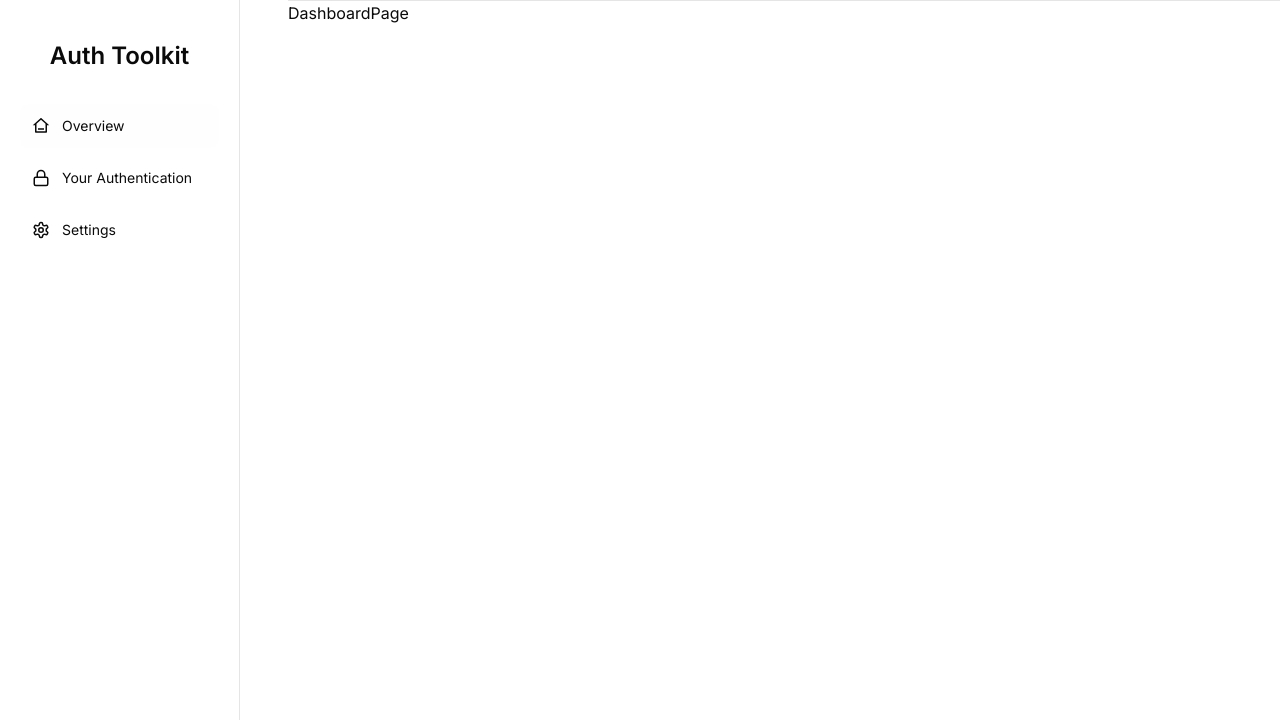
Repository: nickgoel31/authentication-toolkit
Page: /dashboard
These files come from the project's save history. The page is drawn as it stood at one moment and after the next save; the edit follows.
The browser window is 1280 px wide. The pictures show the whole page.
The page's requests for data from a server got no answer. The project was rebuilt for these pictures with package versions that can differ from the ones it lists, and the page was loaded fresh each time. The framework's server and built-in components were replaced by stand-ins that run in the browser. No one was signed in, and anything a server would have sent is missing. Also part of the build but not shown: next.config.mjs.

Above is the page before, as saved 2024-02-05 00:59:41.

After the next save:
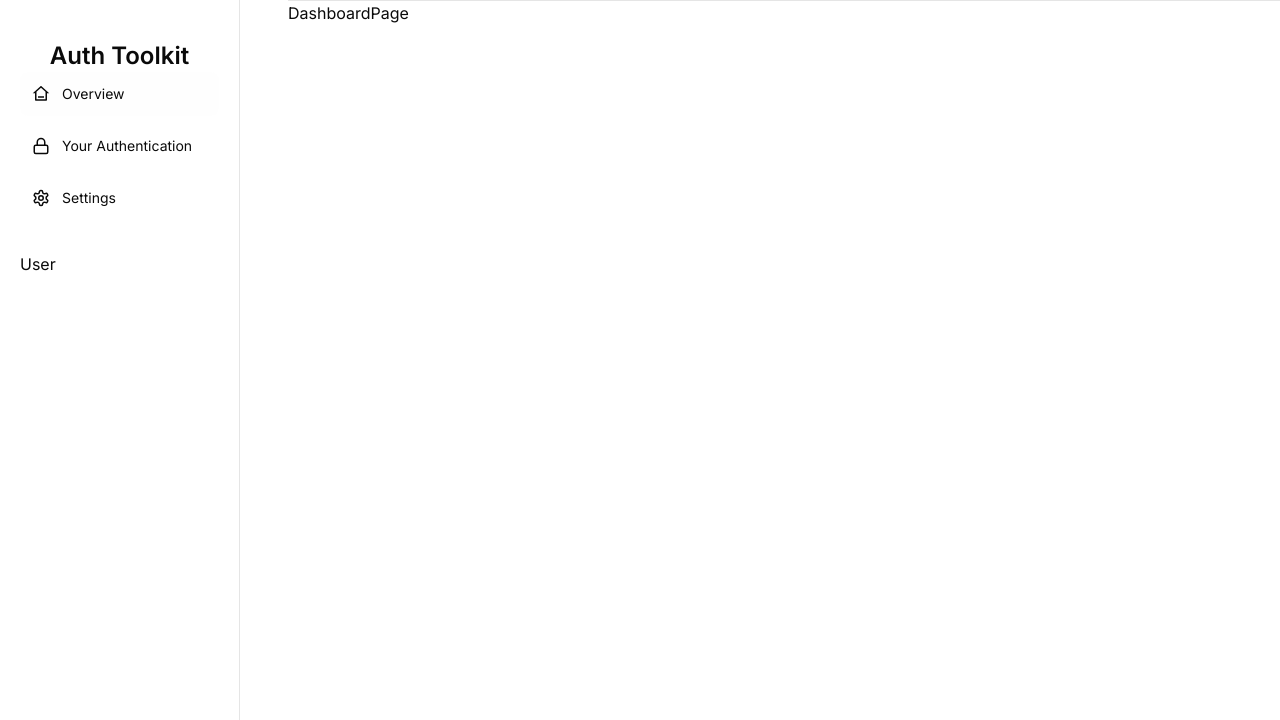
Saved 55 s later.
--- a/app/(protected)/_components/sidebar.tsx
+++ b/app/(protected)/_components/sidebar.tsx
@@ -32,15 +32,21 @@ const Sidebar = () => {
 
   return (
     <div className='border-r bg-[var(--background)]  w-60 h-full fixed top-0 left-0 py-10 flex flex-col space-y-8 justify-start px-5'>
-        <h1 className='font-semibold text-2xl text-center'>Auth Toolkit</h1>
+        <div>
+            <h1 className='font-semibold text-2xl text-center'>Auth Toolkit</h1>
 
-        <div className='flex flex-col gap-2'>
-            {sidebarLinks.map((link) => (
-                <Link key={link.path} href={link.path} className={cn('flex gap-3 text-sm items-center hover:bg-neutral-100/10 p-3 rounded-lg', path === link.path ? "bg-neutral-100/10" : "")}>
-                    {link.icon}
-                    {link.name}
-                </Link>
-            ))}
+            <div className='flex flex-col gap-2'>
+                {sidebarLinks.map((link) => (
+                    <Link key={link.path} href={link.path} className={cn('flex gap-3 text-sm items-center hover:bg-neutral-100/10 p-3 rounded-lg', path === link.path ? "bg-neutral-100/10" : "")}>
+                        {link.icon}
+                        {link.name}
+                    </Link>
+                ))}
+            </div>
+        </div>
+
+        <div className=''>
+            <h1>User</h1>
         </div>
     </div>
   )
